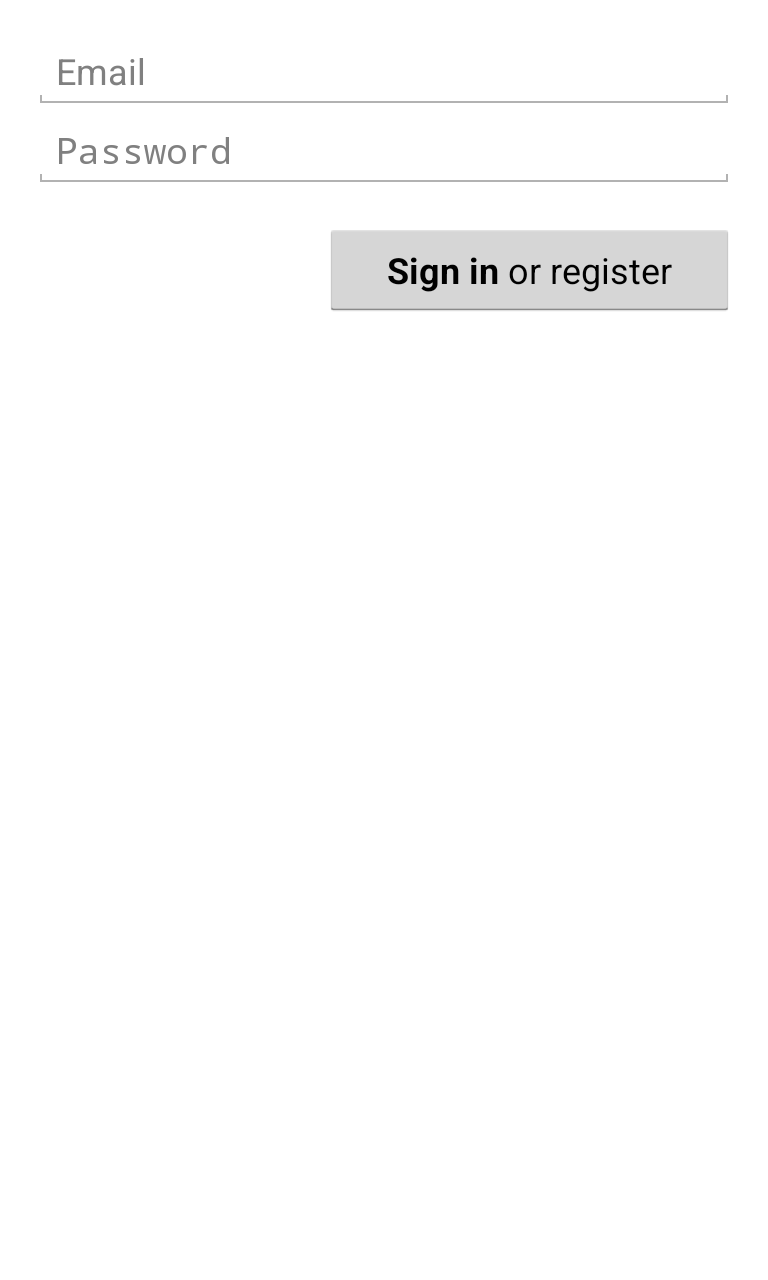
Repository: alyssialui/NCMS
Layout: COMP3900/NCMS/res/layout/activity_login_tab.xml
These files come from the project's save history. The layout is drawn as it stood at one moment and after the next save; the edit follows.
It is drawn on a 768 x 1280 px phone screen (xhdpi) without system bars, with theme AppTheme; the app's code is not run.

Above is the layout before, as saved 2013-03-31 15:33:39.

After the next save:
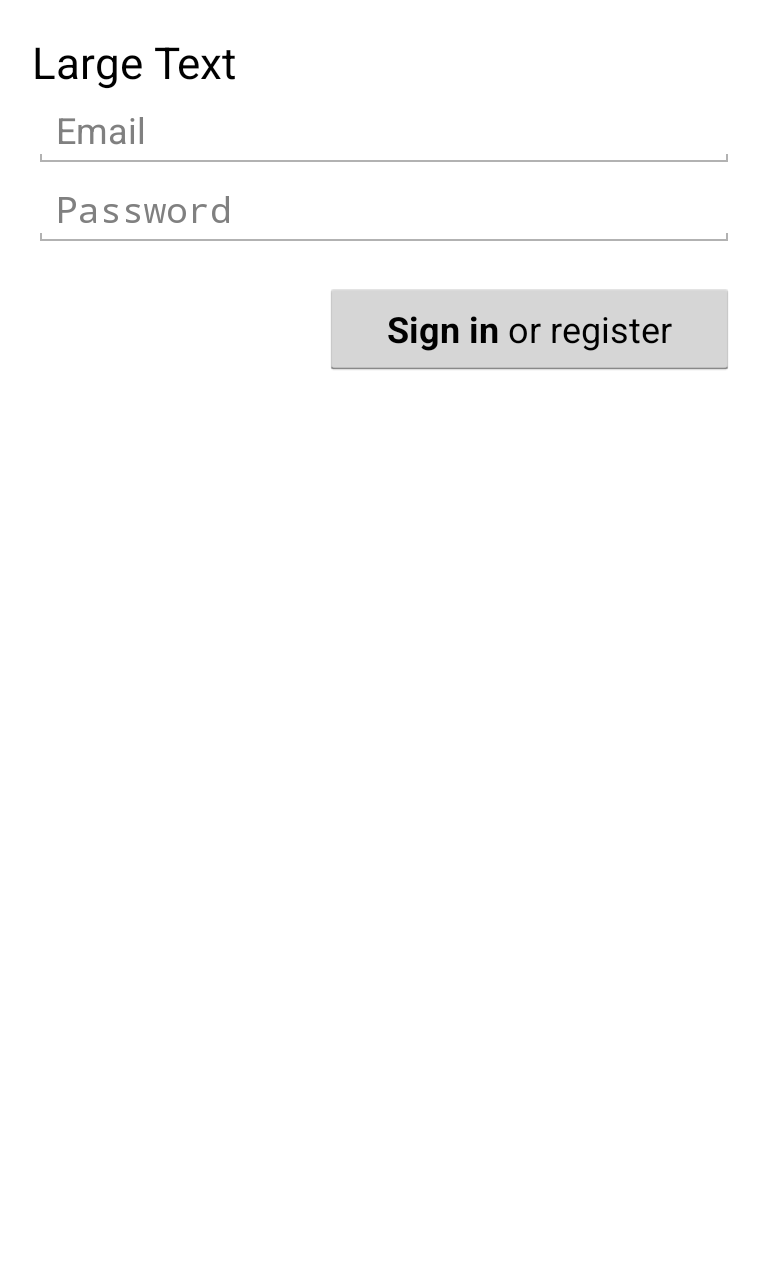
Saved 3 min 24 s later.
--- a/COMP3900/NCMS/res/layout/activity_login_tab.xml
+++ b/COMP3900/NCMS/res/layout/activity_login_tab.xml
@@ -40,6 +40,13 @@
             style="@style/LoginFormContainer"
             android:orientation="vertical" >
 
+            <TextView
+                android:id="@+id/delivery_info"
+                android:layout_width="wrap_content"
+                android:layout_height="wrap_content"
+                android:text="Large Text"
+                android:textAppearance="?android:attr/textAppearanceLarge" />
+
             <EditText
                 android:id="@+id/email"
                 android:layout_width="match_parent"
